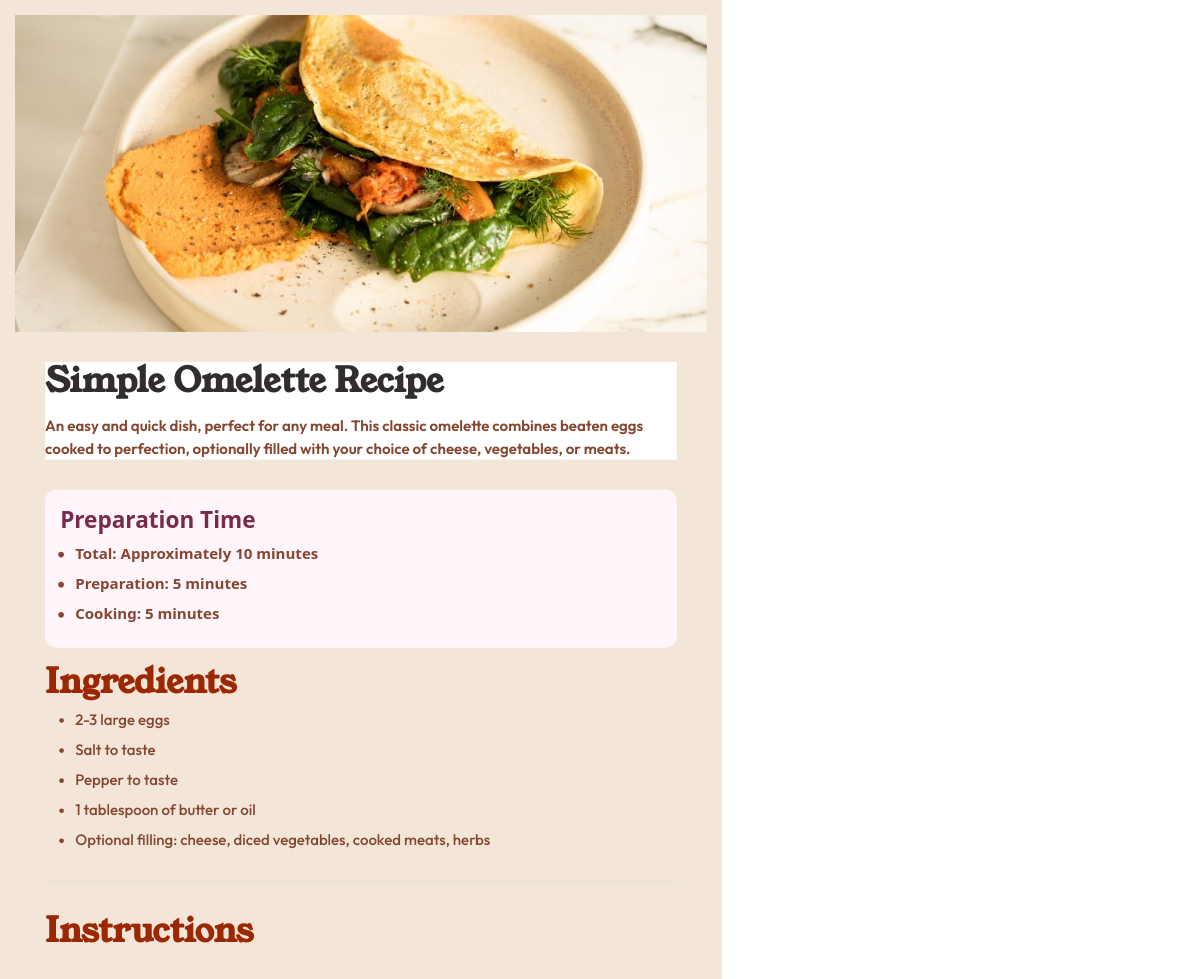
Repository: nivrii/recipe-page-main
Page: /
These files come from the project's save history. The page is drawn as it stood at one moment and after the next save; the edit follows.
The browser window is 1280 px wide. The pictures show the whole page, at 94% of full size.
The project was rebuilt for these pictures with package versions that can differ from the ones it lists, and the page was loaded fresh each time. Also part of the build but not shown: vite.config.js, src/index.css.

Above is the page before, as saved 2024-03-23 15:42:56.

### src/App.jsx
import "./App.css";
import omelette from "./assets/images/image-omelette.jpeg";

function App() {
  return (
    <div className="container flex flex-col md:p-4 md:bg-eggshell w-screen min-h-max">
      <div>
        <img src={omelette} alt="omelette" className="w-screen md:w-auto" />
      </div>
      <div className="bg-white m-8">
        <h1 className="text-left text-darkCharcoal text-4xl font-bold font-young">
          Simple Omelette Recipe
        </h1>
        <p className="text-left font-outfit text-nutmeg mt-4 font-semibold">
          An easy and quick dish, perfect for any meal. This classic omelette
          combines beaten eggs cooked to perfection, optionally filled with your
          choice of cheese, vegetables, or meats.
        </p>
      </div>
      <div className="bg-roseWhite p-4 mx-8 rounded-xl">
        <h1 className="text-left text-darkRaspberry text-2xl font-bold">
          Preparation Time
        </h1>
        <ul className="list-disc px-4 text-nutmeg">
          <li className=" font-semibold my-2">
            <span className="font-extrabold">Total:</span> Approximately 10
            minutes
          </li>
          <li className=" font-semibold my-2">
            <span className="font-extrabold">Preparation:</span> 5 minutes
          </li>
          <li className=" font-semibold my-2">
            <span className="font-extrabold">Cooking:</span> 5 minutes
          </li>
        </ul>
      </div>
      <div className="divide-y divide-lightGrey mx-4">
        <div className="m-4">
          <h1 className="text-left text-nutmegLight text-4xl font-bold font-young ">
            Ingredients
          </h1>
          <ul className="list-disc px-4 font-outfit mt-2 mb-8 mx-4 text-nutmeg font-medium space-y-2">
            <li>2-3 large eggs</li>
            <li>Salt to taste</li>
            <li>Pepper to taste</li>
            <li>1 tablespoon of butter or oil</li>
            <li>
              Optional filling: cheese, diced vegetables, cooked meats, herbs
            </li>
          </ul>
        </div>
        <div className="m-4">
          <h1 className="text-left text-nutmegLight text-4xl font-bold font-young mt-8">
            Instructions
          </h1>
        </div>
      </div>
    </div>
  );
}

export default App;

### src/App.css
@import url("https://fonts.googleapis.com/css2?family=Young+Serif&display=swap");

@import url("https://fonts.googleapis.com/css2?family=Outfit:wght@100..900&display=swap");

@import "tailwindcss/base";
@import "tailwindcss/components";
@import "tailwindcss/utilities";

### tailwind.config.js
/** @type {import('tailwindcss').Config} */
export default {
  content: ["./index.html", "./src/**/*.{js,ts,jsx,tsx}"],
  theme: {
    screens: {
      'sm': '375px',
      'md': '768px',
      'lg': '1440px',
      'xl': '1920px',
    },
    extend: {
      fontFamily: {
        outfit: ["Outfit", "sans-serif"],
        young: ["Young Serif", "serif"],
      },
      colors: {
        roseWhite: "hsl(330, 100%, 98%)",
        white: "hsl(0, 0%, 100%)",
        eggshell: "hsl(30, 54%, 90%)",
        lightGrey: "hsl(30, 18%, 87%)",
        wengeBrown: "hsl(30, 10%, 34%)",
        darkCharcoal: "hsl(24, 5%, 18%)",
        nutmeg: "hsl(14, 45%, 36%)",
        nutmegLight: "hsl(14, 96%, 31%)",
        darkRaspberry: "hsl(332, 51%, 32%)",
      },
    },
  },
  plugins: [],
};

Loaded but not shown: index.html (common file); src/main.jsx (common file)

After the next save:
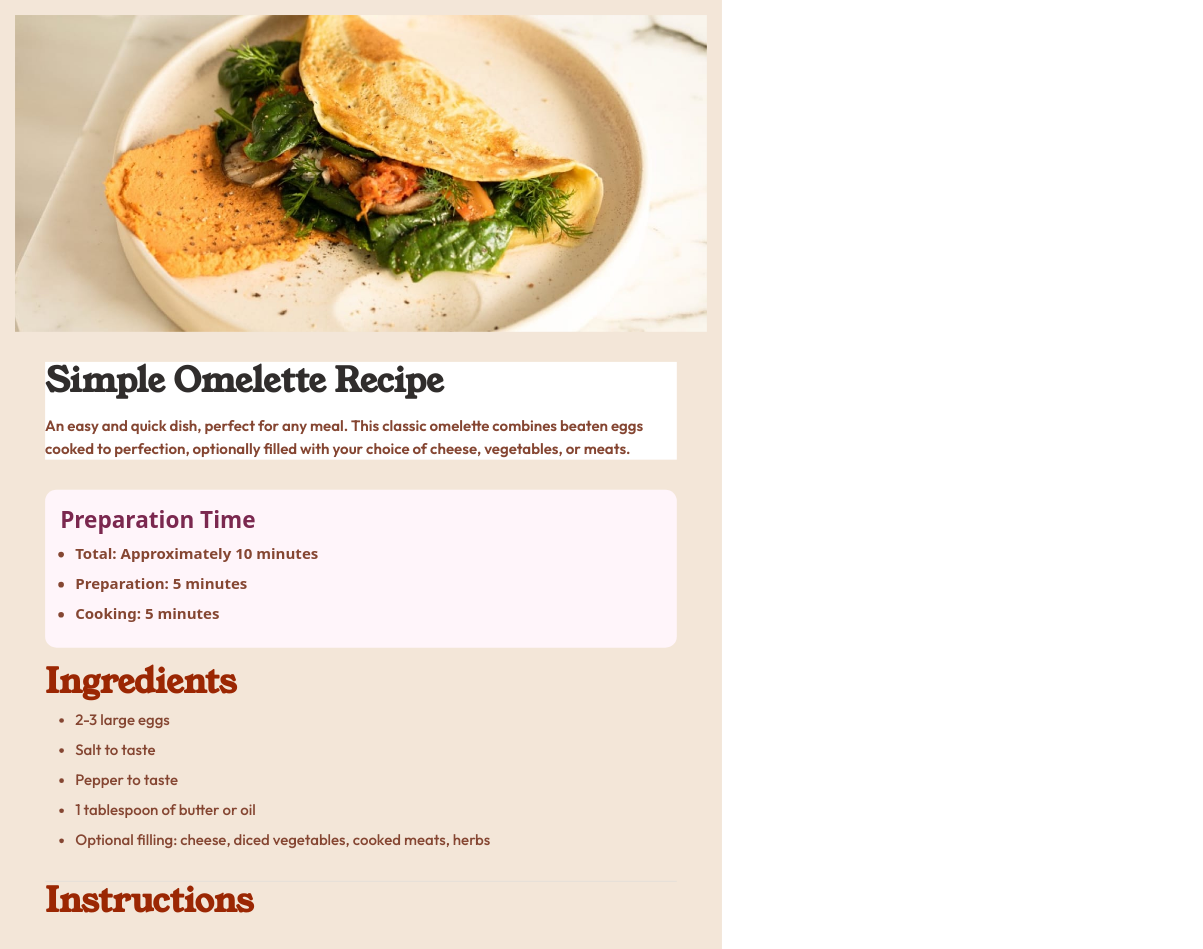
Saved 32 s later.
--- a/src/App.jsx
+++ b/src/App.jsx
@@ -49,8 +49,8 @@
             </li>
           </ul>
         </div>
-        <div className="m-4">
-          <h1 className="text-left text-nutmegLight text-4xl font-bold font-young mt-8">
+        <div className="m-4 mt-8">
+          <h1 className="text-left text-nutmegLight text-4xl font-bold font-young ">
             Instructions
           </h1>
         </div>

After the save that followed:
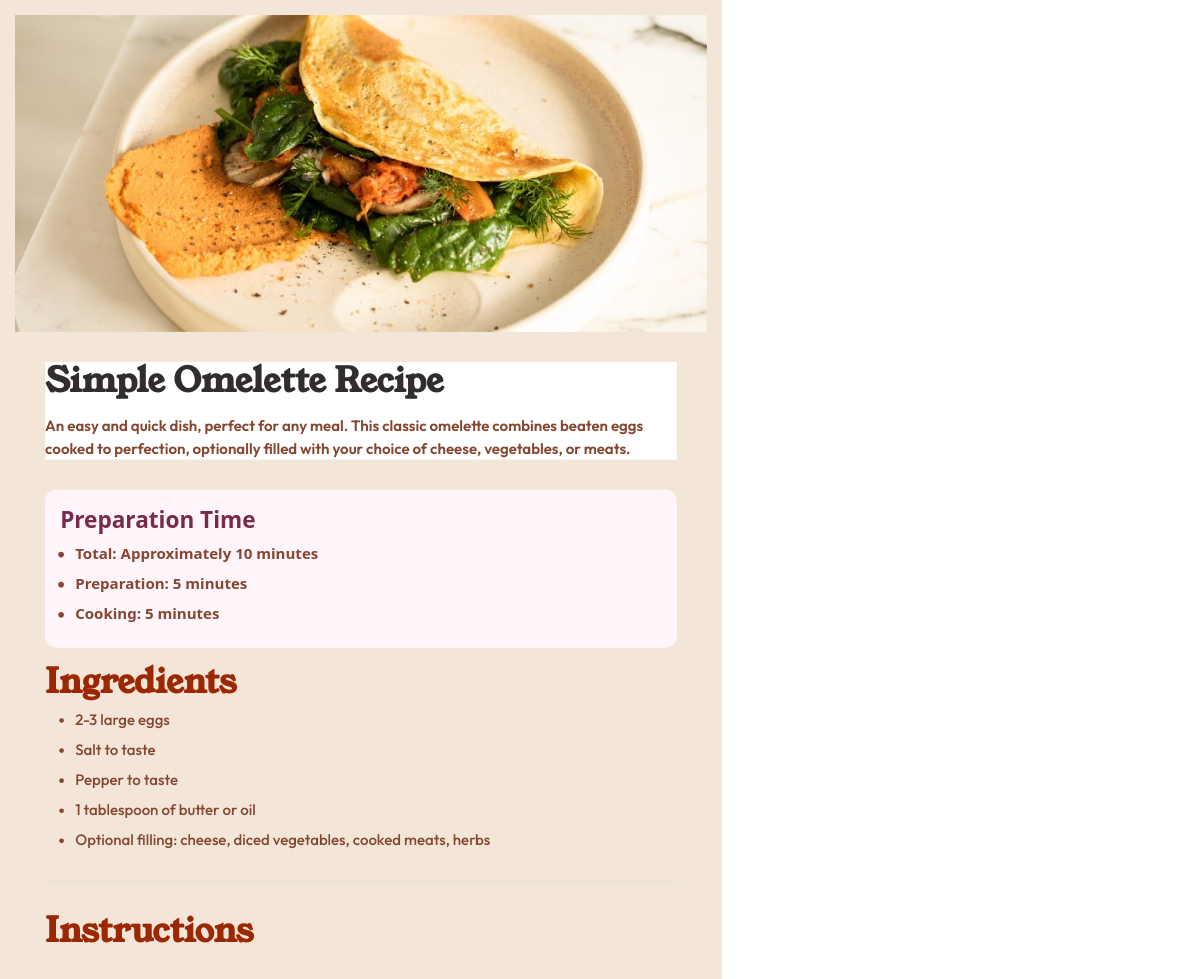
Saved 11 s later.
--- a/src/App.jsx
+++ b/src/App.jsx
@@ -49,8 +49,8 @@
             </li>
           </ul>
         </div>
-        <div className="m-4 mt-8">
-          <h1 className="text-left text-nutmegLight text-4xl font-bold font-young ">
+        <div className="m-4">
+          <h1 className="text-left text-nutmegLight text-4xl font-bold font-young mt-8">
             Instructions
           </h1>
         </div>
